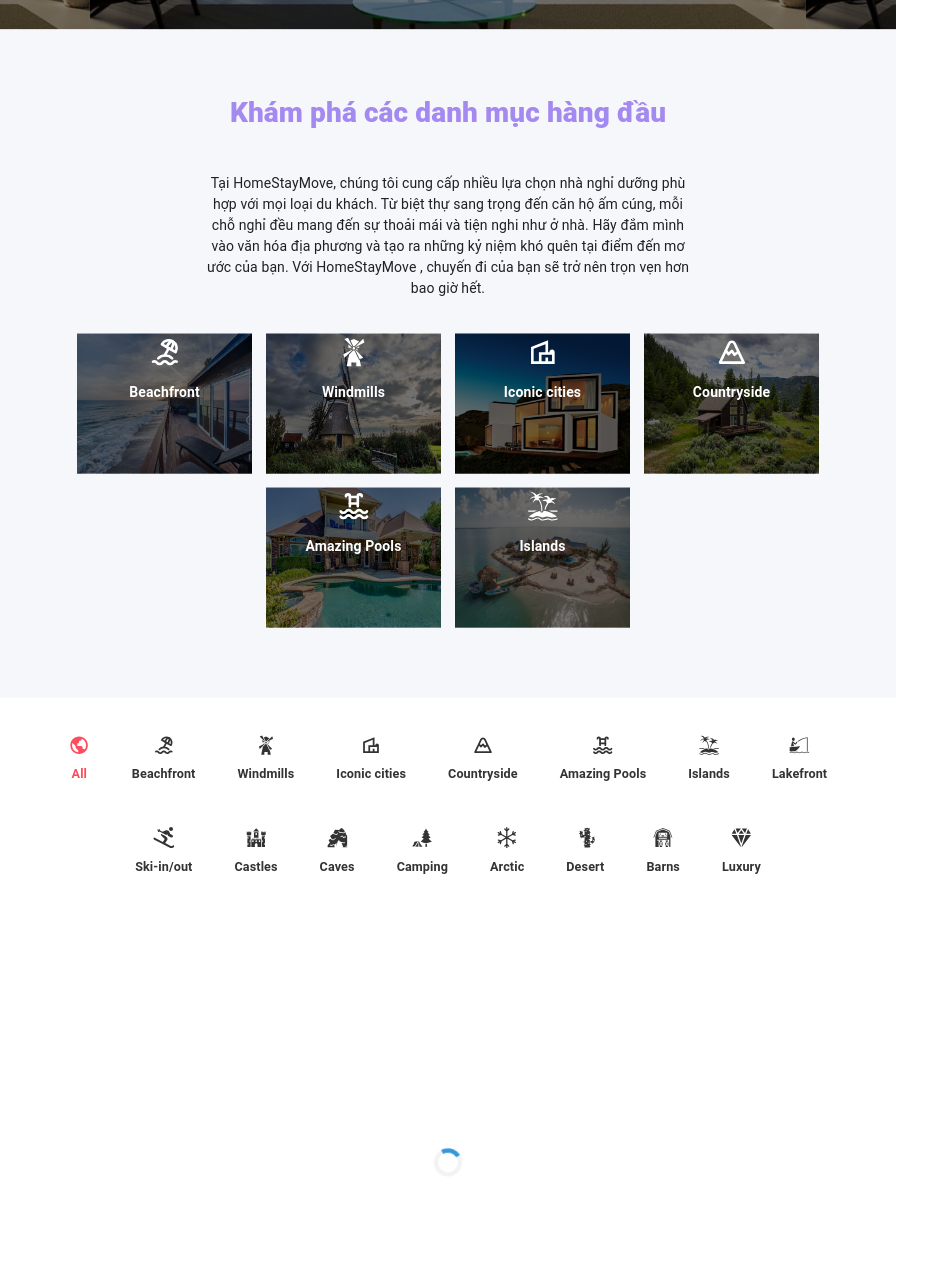
Repository: minhquang203/Homestay
Page: / (app in client/)
The author's editor kept a copy of each file at every save. The page is drawn from the files as they stood at one save, then again after a run of saves.
The browser window is 1280 px wide. The page is 1342 px wide, so the pictures cover 1342 px, including what lies to the right of the window. The pictures show the part of the page from y = 662 to 2502 px (the page is 2879 px tall before and 2773 px after), at 70% of full size.
The page's requests for data from a server got no answer. The project was rebuilt for these pictures with package versions that can differ from the ones it lists, and the page was loaded fresh each time. No one was signed in, and anything a server would have sent is missing. Also part of the build but not shown: client/src/styles/ListingCard.scss, client/src/components/ListingCard.jsx, client/src/styles/variable.scss, client/src/styles/List.scss, client/src/pages/CategoryPage.jsx, client/src/styles/CreateListing.scss, client/src/pages/CreateListing.jsx, client/src/styles/ListingDetails.scss and 17 more.

Above is the page before, as saved 2025-04-03 23:50:04.

### client/public/index.html
<!DOCTYPE html>
<html lang="en">
  <head>
    <meta charset="utf-8" />
    <link rel="icon" href="%PUBLIC_URL%/favicon.ico" />
    <meta name="viewport" content="width=device-width, initial-scale=1" />
    <meta name="theme-color" content="#000000" />
    <meta
      name="description"
      content="Web site created using create-react-app"
    />
    <link rel="apple-touch-icon" href="%PUBLIC_URL%/logo192.png" />
    <link rel="manifest" href="%PUBLIC_URL%/manifest.json" />
    <link rel="preconnect" href="https://fonts.googleapis.com">
    <link rel="preconnect" href="https://fonts.gstatic.com" crossorigin>
    <link href="https://fonts.googleapis.com/css2?family=Nunito:ital,wght@0,200..1000;1,200..1000&display=swap" rel="stylesheet">
    <title>HomeStayMove</title>
  </head>
  <body>
    <div id="root"></div>

  </body>
</html>

### client/src/index.js
import { CssBaseline, ThemeProvider, createTheme } from "@mui/material"; // Thêm vào đây
import React from "react";
import ReactDOM from "react-dom/client";
import { Provider } from "react-redux";
import { PersistGate } from "redux-persist/integration/react";
import App from "./App";
import { persistor, store } from "./Redux/store";

// Tạo theme tùy chỉnh nếu cần thiết
const theme = createTheme({
  palette: {
    primary: {
      main: "#1976d2", // Màu chủ đạo
    },
    secondary: {
      main: "#dc004e", // Màu phụ
    },
  },
});

const root = ReactDOM.createRoot(document.getElementById("root"));
root.render(
  <React.StrictMode>
    <Provider store={store}>
      <PersistGate loading={null} persistor={persistor}>
        <ThemeProvider theme={theme}>
          <CssBaseline />
          <App />
        </ThemeProvider>
      </PersistGate>
    </Provider>
  </React.StrictMode>
);

### client/src/Redux/store.js
// store.js
import { configureStore } from "@reduxjs/toolkit";
import {
  persistStore,
  persistReducer,
  FLUSH,
  REHYDRATE,
  PAUSE,
  PERSIST,
  PURGE,
  REGISTER,
} from "redux-persist";
import storage from "redux-persist/lib/storage";
import userReducer from "./state"; // Đảm bảo đúng đường dẫn đến state.js

// Cấu hình Redux Persist
const persistConfig = {
  key: "root", // Tên của key trong localStorage
  version: 1, // Phiên bản của state để khi có thay đổi sẽ cập nhật lại
  storage, // Chọn phương thức lưu trữ, có thể là localStorage hoặc sessionStorage
};

// Tạo persisted reducer từ userReducer
const persistedReducer = persistReducer(persistConfig, userReducer);

// Tạo store với persistedReducer
export const store = configureStore({
  reducer: persistedReducer, // Dùng persisted reducer để lưu trữ trạng thái người dùng
  middleware: (getDefaultMiddleware) =>
    getDefaultMiddleware({
      serializableCheck: {
        ignoredActions: [FLUSH, REHYDRATE, PAUSE, PERSIST, PURGE, REGISTER], // Bỏ qua các action không thể serialize
      },
    }),
});

// Khởi tạo persistor từ store
export const persistor = persistStore(store);

### client/src/App.css
* {
  margin: 0;
  padding: 0;
  box-sizing: border-box;
  font-family: 'Nunito'sans-serif;
}

### client/src/pages/HomePage.jsx
import Categories from "../components/Categories";
import Footer from "../components/Footer";
import Listings from "../components/Listings";
import Navbar from '../components/Navbar';
import Slide from "../components/Slide";



const HomePage = () => {

  // Lấy thông tin người dùng từ Redux state
  return <div>
    <Navbar/>
    <Slide/>
    <Categories/>
    <Listings/>
    <Footer />
  </div>;
};

export default HomePage;

### client/src/components/Footer.jsx
import { Email, LocalPhone } from "@mui/icons-material";
import { Link } from "react-router-dom";
import "../styles/Footer.scss";
const Footer = () => {
  return (
    <div className="footer">
      <div className="footer_left">
        <a href="/">
          <img src="/assets/logo.png" alt="logo" />
        </a>
      </div>

      <div className="footer_center">
        <h3>Useful Links</h3>
        <ul>
          <li>
            <Link to="/about-us">About Us</Link>
          </li>
          <li>
            <Link to="/terms-and-conditions">Terms and Conditions</Link>
          </li>
          <li>
            <Link to="/return-and-refund-policy">Return and Refund Policy</Link>
          </li>
        </ul>
      </div>

      <div className="footer_right">
        <h3>Contact</h3>
        <div className="footer_right_info">
          <LocalPhone />
          <p>+84 904421394</p>
        </div>
        <div className="footer_right_info">
          <Email />
          <p>homestay@gmail.com</p>
          <p>tranminhquang082003@gmail.com</p>
        </div>
        <img src="/assets/payment.png" alt="payment" />
      </div>
    </div>
  );
};

export default Footer;

### client/src/components/Loader.jsx
import "../styles/Loader.scss";

const Loader = () => {
  return (
    <div className="loader">
      <div className="loader-inner"></div>
    </div>
  );
};

export default Loader;

### client/src/components/Navbar.jsx
import { Menu, Person, Search } from "@mui/icons-material";
import { IconButton } from "@mui/material";
import { useState } from "react";
import { useDispatch, useSelector } from "react-redux";
import { Link, useNavigate } from "react-router-dom";
import { setLogout } from "../Redux/state";
import "../styles/Navbar.scss";
import variables from "../styles/variable.scss";

const Navbar = () => {
  const [dropdownMenu, setDropdownMenu] = useState(false);
  const user = useSelector((state) => state.user);
  const dispatch = useDispatch();
  const [search, setSearch] = useState("")
  const navigate = useNavigate();

  const handleLogout = () => {
    dispatch(setLogout());
    navigate("/login");
  };

  return (
    <div className="navbar">
      <Link to="/">
        <img src="/assets/logo.png" alt="logo" />
      </Link>

      <div className="navbar_search">
        <input
          type="text"
          placeholder="Search ..."
          value={search}
          onChange={(e) => setSearch(e.target.value)}
        />
        <IconButton disabled={search === ""}>
          <Search
            sx={{ color: variables.pinkred }}
            onClick={() => {navigate(`/properties/search/${search}`)}}
          />
        </IconButton>
      </div>

      <div className="navbar_right">
        {/* Hiển thị điều kiện tùy theo trạng thái người dùng */}
        <Link to={user ? "/create-listing" : "/login"} className="navbar_right_host">
          Tạo phòng cho thuê
        </Link>

        {/* Nút tài khoản để mở menu thả xuống */}
        <button
          className="navbar_right_account"
          onClick={() => setDropdownMenu((prev) => !prev)} // Chuyển đổi trạng thái menu thả xuống
        >
          <Menu sx={{ color: variables.darkgrey }} />
          <Person sx={{ color: variables.darkgrey }} />
        </button>

        {/* Menu thả xuống cho người dùng đã đăng nhập */}
        {dropdownMenu && user && (
          <div className="navbar_right_accountmenu">
            <Link to="/profile">Thông Tin</Link>
            <Link to={`/${user._id}/trips`}>Danh sách chuyến đi</Link>
            <Link to={`/${user._id}/wishList`}>Yêu thích </Link>
            <Link to={`/${user._id}/properties`}>Phòng cho thuê </Link>
            <Link to={`/${user._id}/reservations`}>Đặt chỗ </Link>
            <Link to="/login" onClick={handleLogout}>
              Đăng xuất
            </Link>
          </div>
        )}

        {/* Menu thả xuống cho người dùng chưa đăng nhập */}
        {dropdownMenu && !user && (
          <div className="navbar_right_accountmenu">
            <Link to="/login">Đăng nhập</Link>
            <Link to="/register">Đăng ký</Link>
          </div>
        )}
      </div>
    </div>
  );
};

export default Navbar;

### client/src/components/Categories.jsx
import { Link } from "react-router-dom";
import { categories } from "../data";
import "../styles/Categories.scss";

const Categories = () => {
  return (
    <div className="categories">
      <h1>Khám phá các danh mục hàng đầu</h1>
      <p>
        Tại HomeStayMove, chúng tôi cung cấp nhiều lựa chọn nhà nghỉ dưỡng phù hợp
        với mọi loại du khách. Từ biệt thự sang trọng đến căn hộ ấm cúng, mỗi
        chỗ nghỉ đều mang đến sự thoải mái và tiện nghi như ở nhà. Hãy đắm mình
        vào văn hóa địa phương và tạo ra những kỷ niệm khó quên tại điểm đến mơ
        ước của bạn. Với HomeStayMove , chuyến đi của bạn sẽ trở nên trọn vẹn hơn
        bao giờ hết.
      </p>

      <div className="categories_list">
        {categories?.slice(1, 7).map((category, index) => (
          <Link to={`/properties/category/${category.label}`}>
            <div className="category">
              <img src={category.img} alt={category.label} />
              <div className="overlay">
                <div className="category_text">
                  <div className="category_text_icon">
                    {category.icon}
                    <p>{category.label}</p>
                  </div>
                </div>
              </div>
            </div>
          </Link>
        ))}
      </div>
    </div>
  );
};

export default Categories;

### client/src/components/Listings.jsx
import { useEffect, useState } from "react";
import { useDispatch, useSelector } from "react-redux";
import { categories } from "../data";
import { setListings } from "../Redux/state";
import "../styles/Listings.scss";
import ListingCard from "./ListingCard";
import Loader from "./Loader";

const Listings = () => {
  const dispatch = useDispatch();
  const [loading, setLoading] = useState(true);

  const [selectedCategory, setSelectedCategory] = useState("All");

  const listings = useSelector((state) => state.listings);

  const getFeedListings = async () => {
    try {
      const response = await fetch(
        selectedCategory !== "All"
          ? `http://localhost:3002/properties?category=${selectedCategory}`
          : "http://localhost:3002/properties",
        {
          method: "GET",
        }
      );

      const data = await response.json();
      dispatch(setListings({ listings: data }));
      setLoading(false);
    } catch (err) {
      console.log("Fetch Listings Failed", err.message);
    }
  };

  useEffect(() => {
    getFeedListings();
  }, [selectedCategory]);

  return (
    <>
      <div className="category-list">
        {categories?.map((category, index) => (
          <div
            className={`category ${category.label === selectedCategory ? "selected" : ""}`}
            key={index}
            onClick={() => setSelectedCategory(category.label)}
          >
            <div className="category_icon">{category.icon}</div>
            <p>{category.label}</p>
          </div>
        ))}
      </div>

      {loading ? (
        <Loader />
      ) : (
        <div className="listings">
          {listings.map(
            ({
              _id,
              creator,
              listingPhotoPaths,
              city,
              province,
              country,
              category,
              type,
              price,
              booking = false
            }) => (
              <ListingCard
                key={_id}
                listingId={_id}
                creator={creator}
                listingPhotoPaths={listingPhotoPaths}
                city={city}
                province={province}
                country={country}
                category={category}
                type={type}
                price={price}
                booking ={booking}
              />
            )
          )}
        </div>
      )}
    </>
  );
};

export default Listings;

### client/src/components/Slide.jsx
import "../styles/Slide.scss";

const Slide = () => {
  return (
    <div className="slidePage">
      <h1>
        "Hành trình mới đang chờ đón bạn <hr/>   Đặt chuyến đi ngay hôm nay cùng
        HomeStayMoves !
      </h1>
    </div>
  );
};

export default Slide;

### client/src/styles/Footer.scss
@import "./variable.scss";
@import "./breakpoints.scss";

.footer {
  display: flex;
  justify-content: space-between;
  align-items: center;
  gap: 50px;
  padding: 10px 70px;

  @include lg {
    padding: 10px 30px;
  }

  &_left {
    max-width: 400px;

    img {
      max-width: 150px;
      margin-bottom: 20px;
    }

    &_socials {
      display: flex;
      gap: 25px;
      margin-top: 20px;

      &_icon {
        width: 40px;
        height: 40px;
        border-radius: 50%;
        background-color: $pinkred;
        display: flex;
        justify-content: center;
        align-items: center;
        cursor: pointer;
        transition: all 0.5s ease-in-out;

        &:hover {
          transform: scale(1.2);
        }
      }
    }
  }

  &_center {
    text-decoration: none;

    ul {
      list-style: none;
      margin-top: 20px;
      cursor: pointer;

      li:hover {
        color: $pinkred
      }

      a {
        text-decoration: none;
        color: black;

        &:hover {
          color: $pinkred;
        }
      }
    }

    @include md {
      display: none;
    }
  }

  &_right {
    max-width: 350px;

    h3 {
      margin-bottom: 20px;
    }

    &_info {
      display: flex;

      p {
        margin-left: 20px;
        margin-bottom: 15px;
      }
    }

    @include sm {
      display: none;
    }
  }
}

### client/src/styles/Loader.scss
.loader {
    display: flex;
    justify-content: center;
    align-items: center;
    height: 100vh;
  }

  .loader-inner {
    border: 6px solid #f3f3f3;
    border-top: 6px solid #3498db;
    border-radius: 50%;
    width: 40px;
    height: 40px;
    animation: spin 2s linear infinite;
  }

  @keyframes spin {
    0% { transform: rotate(0deg); }
    100% { transform: rotate(360deg); }
  }

### client/src/styles/Navbar.scss
@import "./breakpoints.scss";
@import "./variable.scss";

.navbar {
  padding: 10px 60px;
  display: flex;
  justify-content: space-between;
  align-items: center;
  position: relative;
  background-color: #ffff;
  box-shadow: $box-shadow-small;  // Dùng biến shadow nhỏ cho navbar

  @include media-query(sm) {
    padding: 10px 20px;
  }

  img {
    width: 100px;
    cursor: pointer;
  }

  &_search {
    border: 1px solid $grey;
    border-radius: 30px;
    height: 50px;
    padding: 0 20px;
    display: flex;
    gap: 20px;
    align-items: center;
    width: 350px;

    input {
      border: none;
      outline: none;
      flex: 1;
      padding: 5px 10px;
    }

    &:hover {
      box-shadow: $box-shadow-small;
    }

    @include media-query(lg) {
      width: 500px;
    }

    @include media-query(sm) {
      display: none;
    }
  }

  &_right {
    display: flex;
    align-items: center;
    gap: 20px;

    .navbar_right_host {
      text-decoration: none;
      color: $darkgrey;
      font-weight: 700;
      cursor: pointer;

      &:hover {
        color: $pinkred;
      }

      @include media-query(sm) {
        display: none;
      }
    }

    &_account {
      height: 50px;
      display: flex;
      align-items: center;
      padding: 0 10px;
      border: 1px solid $grey;
      border-radius: 30px;
      gap: 10px;
      background-color: #ffff;
      cursor: pointer;
      transition: box-shadow 0.3s ease;

      &:hover {
        box-shadow: $box-shadow-large;
      }

      svg {
        color: $darkgrey;
      }
    }

    &_accountmenu {
      position: absolute;
      background-color: #ffff;
      right: 60px;
      top: 80px;
      display: flex;
      flex-direction: column;
      width: 200px;
      padding: 10px 0;
      border: 1px solid $lightgrey;
      border-radius: 20px;
      box-shadow: $box-shadow-large;
      z-index: 9999;

      @include media-query(sm) {
        right: 20px;
      }

      a {
        width: 100%;
        padding: 8px 15px;
        text-decoration: none;
        color: $grey;
        font-weight: 700;
        display: block;

        &:hover {
          color: $pinkred;
          background-color: rgba(217, 213, 213, 0.2);
        }
      }
    }
  }
}

### client/src/styles/breakpoints.scss
  $breakpoints: (
    xs: 480px,
    sm: 768px,
    md: 992px,
    lg: 1200px,
    xl: 1400px
  );

  // Mixin media-query để dễ sử dụng các điểm ngắt
  @mixin media-query($size) {
    $breakpoint: map-get($breakpoints, $size);

    @if $breakpoint {
      @media (max-width: #{$breakpoint}) {
        @content;
      }
    } @else {
      @warn "Breakpoint '#{$size}' không tồn tại trong danh sách breakpoints!";
    }
  }
  @mixin sm {
    @media (max-width: map-get($breakpoints, "sm")) {
        @content;
    }
}

@mixin mm {
    @media (max-width: map-get($breakpoints, "mm")) {
        @content;
    }
}

@mixin md {
    @media (max-width: map-get($breakpoints, "md")) {
        @content;
    }
}

@mixin ml {
    @media (max-width: map-get($breakpoints, "ml")) {
        @content;
    }
}

@mixin lg {
    @media (max-width: map-get($breakpoints, "lg")) {
        @content;
    }
}

@mixin xl {
    @media (max-width: map-get($breakpoints, "xl")) {
        @content;
    }
}

  // Mixin để tạo kiểu cho button
  @mixin buttonStyle {
    padding: 10px 15px;
    background-color: $pinkred;
    border: none;
    font-size: 20px;
    font-weight: 600;
    cursor: pointer;
    transform: 0.3s ease;
    color: white;
    border-radius: 10px;
  }
  // Mixin flex-center để căn giữa các phần tử theo cả chiều ngang và dọc
@mixin flex-center {
  display: flex;
  justify-content: center;
  align-items: center;
}

### client/src/styles/Categories.scss
@import "./variable.scss";
@import "./breakpoints.scss";

.categories {
  padding: 50px 60px;
  display: flex;
  flex-direction: column;
  align-items: center;
  text-align: center;
  background-color: $lightgrey;


  h1 {
    color: $blue;
    font-size: 40px;
    font-weight: 800;
    margin-bottom: 15px;
  }

  p {
    max-width: 700px;
    font-size: 20px;
  }

  .categories_list {
    display: flex;
    flex-wrap: wrap;
    padding: 50px 0;
    justify-content: center;
    gap: 20px;

    a {
      text-decoration: none;
    }

    .category {
      position: relative;
      display: flex;
      justify-content: center;
      align-items: center;
      width: 250px;
      height: 200px;
      cursor: pointer;

      img {
        position: absolute;
        width: 100%;
        height: 100%;
      }

      .overlay {
        position: absolute;
        width: 100%;
        height: 100%;
        background-color: rgba(0, 0, 0, 0.55);
        transition: 0.3s ease-in-out;
      }

      &_text {
        position: relative;
        color: white;

        &_icon {
          font-size: 45px;
        }

        p {
          font-weight: 600;
        }
      }

      &:hover {
        .overlay {
          width: 80%;
          height: 80%;
        }
      }

    }
  }
}

### client/src/styles/Listings.scss
@import "./variable.scss";
@import "./breakpoints.scss";

.category-list {
  padding: 50px 80px;
  display: flex;
  justify-content: center;
  flex-wrap: wrap;
  gap: 60px;

  @include sm {
    padding: 50px 20px;
  }

  .category {
    display: flex;
    flex-direction: column;
    align-items: center;
    color: $darkgrey;
    cursor: pointer;

    &_icon {
      font-size: 30px;
    }

    p {
      font-size: 18px;
      font-weight: 700;
    }

    &:hover {
      color: $pinkred;
    }
  }

  .selected {
    color: $pinkred;
  }
}

.listings {
  padding: 0 60px 120px;
  display: flex;
  flex-wrap: wrap;
  justify-content: center;
  gap: 5px;

  @include lg {
    padding: 0 20px 120px;
  }
}

### client/src/styles/Slide.scss
.slidePage {
  width: 100vw;
  height: 80vh;
  background: linear-gradient(rgba(0, 0, 0, 0.5), rgba(0, 0, 0, 0.5)),
    url("../../public/assets/slide.jpg");
  background-position: center top;
  background-size: contain;

  display: flex;
  justify-content: center;
  align-items: center;
  text-align: center;
  position: relative;

  animation: moveRight 2s ease-out forwards; /* Di chuyển từ trái sang phải */
}

// /* Định nghĩa keyframe cho hiệu ứng chuyển động từ trái sang phải */
// @keyframes moveRight {
//   0% {
//     transform: translateX(-100%); /* Bắt đầu bên ngoài màn hình (trái) */
//   }
//   100% {
//     transform: translateX(0); /* Kết thúc tại vị trí ban đầu */
//   }
// }

h1 {
  padding: 40px 20px;
  font-size: 40px;
  text-align: center;
  color: white;
  z-index: 1; /* Đảm bảo văn bản luôn ở trên hình nền */
  position: relative;
}

Loaded but not shown: client/src/data.js (270 lines, source omitted); client/src/App.js (46 lines, source omitted); client/src/Redux/state.js (69 lines, source omitted)

After the next 2 saves:
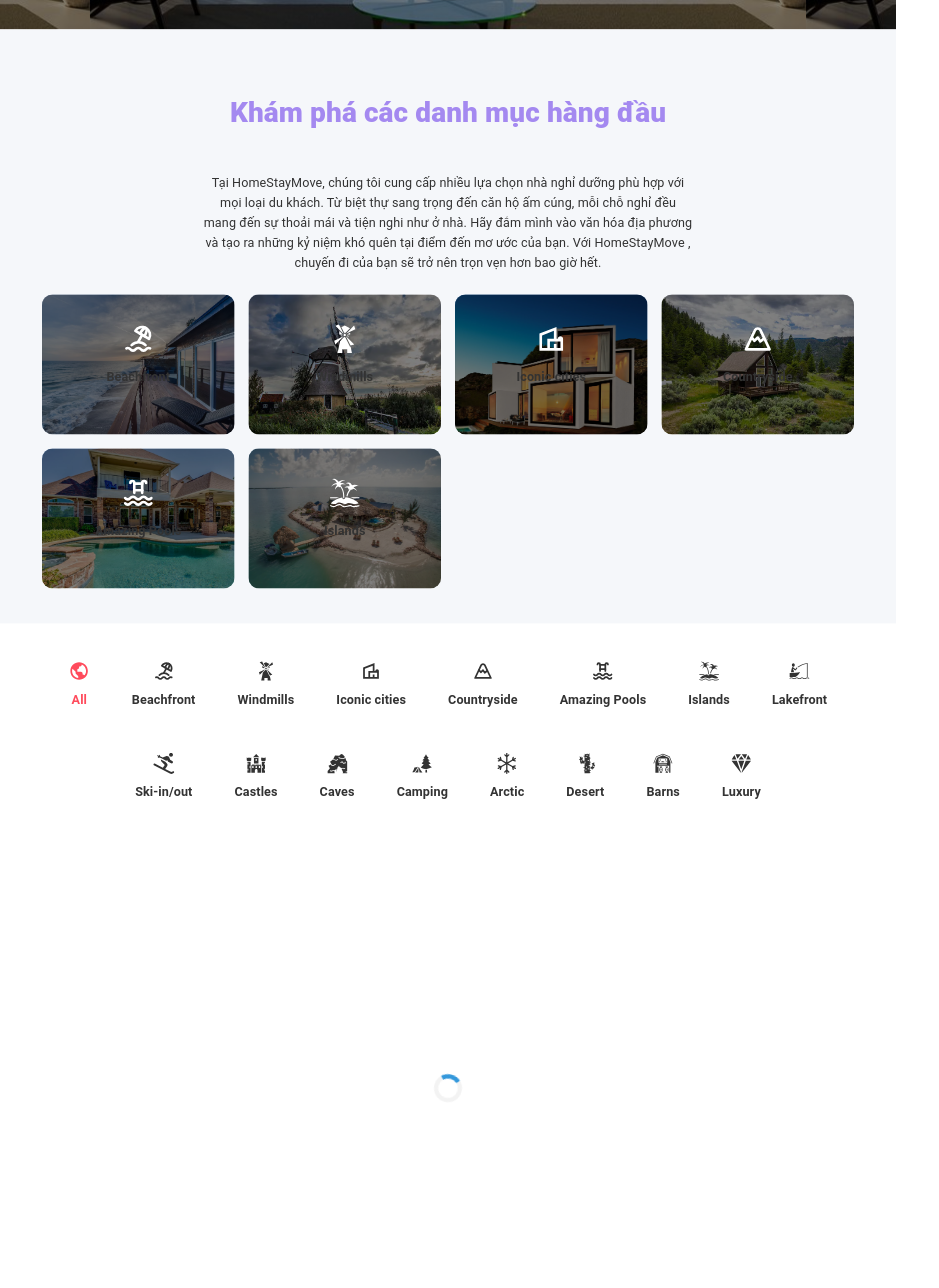
The 2 saves are shown as one change because they came seconds apart.
The last was saved 6 min 7 s later.
--- a/client/src/styles/Categories.scss
+++ b/client/src/styles/Categories.scss
@@ -9,7 +9,6 @@
   text-align: center;
   background-color: $lightgrey;
 
-
   h1 {
     color: $blue;
     font-size: 40px;
@@ -19,15 +18,17 @@
 
   p {
     max-width: 700px;
-    font-size: 20px;
+    font-size: 18px;
+    color: $darkgrey;
+    line-height: 1.6;
+    margin-bottom: 30px;
   }
 
   .categories_list {
-    display: flex;
-    flex-wrap: wrap;
-    padding: 50px 0;
-    justify-content: center;
+    display: grid;
+    grid-template-columns: repeat(auto-fit, minmax(250px, 1fr));
     gap: 20px;
+    width: 100%;
 
     a {
       text-decoration: none;
@@ -38,44 +39,61 @@
       display: flex;
       justify-content: center;
       align-items: center;
-      width: 250px;
+      width: 100%;
       height: 200px;
+      overflow: hidden;
+      border-radius: 15px;
       cursor: pointer;
+      transition: transform 0.3s ease, box-shadow 0.3s ease;
 
       img {
         position: absolute;
         width: 100%;
         height: 100%;
+        object-fit: cover;
+        transition: transform 0.3s ease;
       }
 
       .overlay {
         position: absolute;
         width: 100%;
         height: 100%;
-        background-color: rgba(0, 0, 0, 0.55);
-        transition: 0.3s ease-in-out;
+        background-color: rgba(0, 0, 0, 0.5);
+        transition: background-color 0.3s ease;
+        display: flex;
+        justify-content: center;
+        align-items: center;
       }
 
-      &_text {
+      .category_text {
         position: relative;
         color: white;
+        text-align: center;
+        z-index: 2;
 
         &_icon {
           font-size: 45px;
+          margin-bottom: 10px;
         }
 
         p {
+          font-size: 18px;
           font-weight: 600;
         }
       }
 
       &:hover {
+        transform: translateY(-5px);
+        box-shadow: 0 10px 20px rgba(0, 0, 0, 0.2);
+
+        img {
+          transform: scale(1.1);
+        }
+
         .overlay {
-          width: 80%;
-          height: 80%;
+          background-color: rgba(0, 0, 0, 0.7);
         }
       }
-
     }
   }
 }
